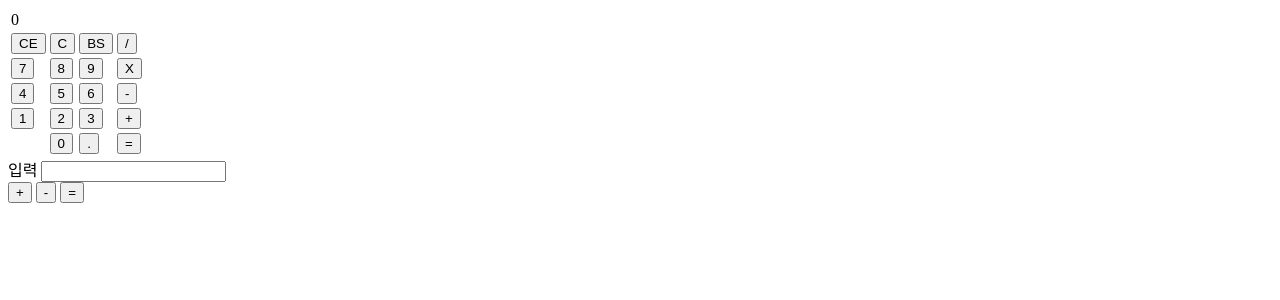
Repository: odreeblue/Study_ServletJSP
Page: jsp/workspace/JSPPrj/src/main/webapp/calc3.html
An editor plug-in stored every save of this project. The page is shown before and after the next save, followed by the edit.
The browser window is 1280 px wide. The pictures show the whole page.

Above is the page before, as saved 2023-02-06 11:27:36.

After the next save:
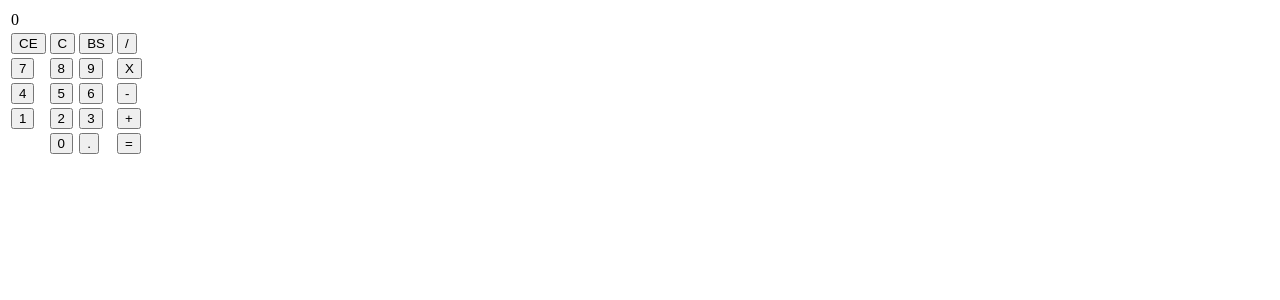
Saved 41 s later.
--- a/jsp/workspace/JSPPrj/src/main/webapp/calc3.html
+++ b/jsp/workspace/JSPPrj/src/main/webapp/calc3.html
@@ -43,16 +43,6 @@
 				</tr>
 
 			</table>
-			<div>
-				<label>입력</label>
-				<input type="text" name="v">
-
-			</div>
-			<div>
-				<input type="submit" name="operator" value="+">
-				<input type="submit" name="operator" value="-">
-				<input type="submit" name="operator" value="=">
-			</div>
 
 		</form>
 	</div>
